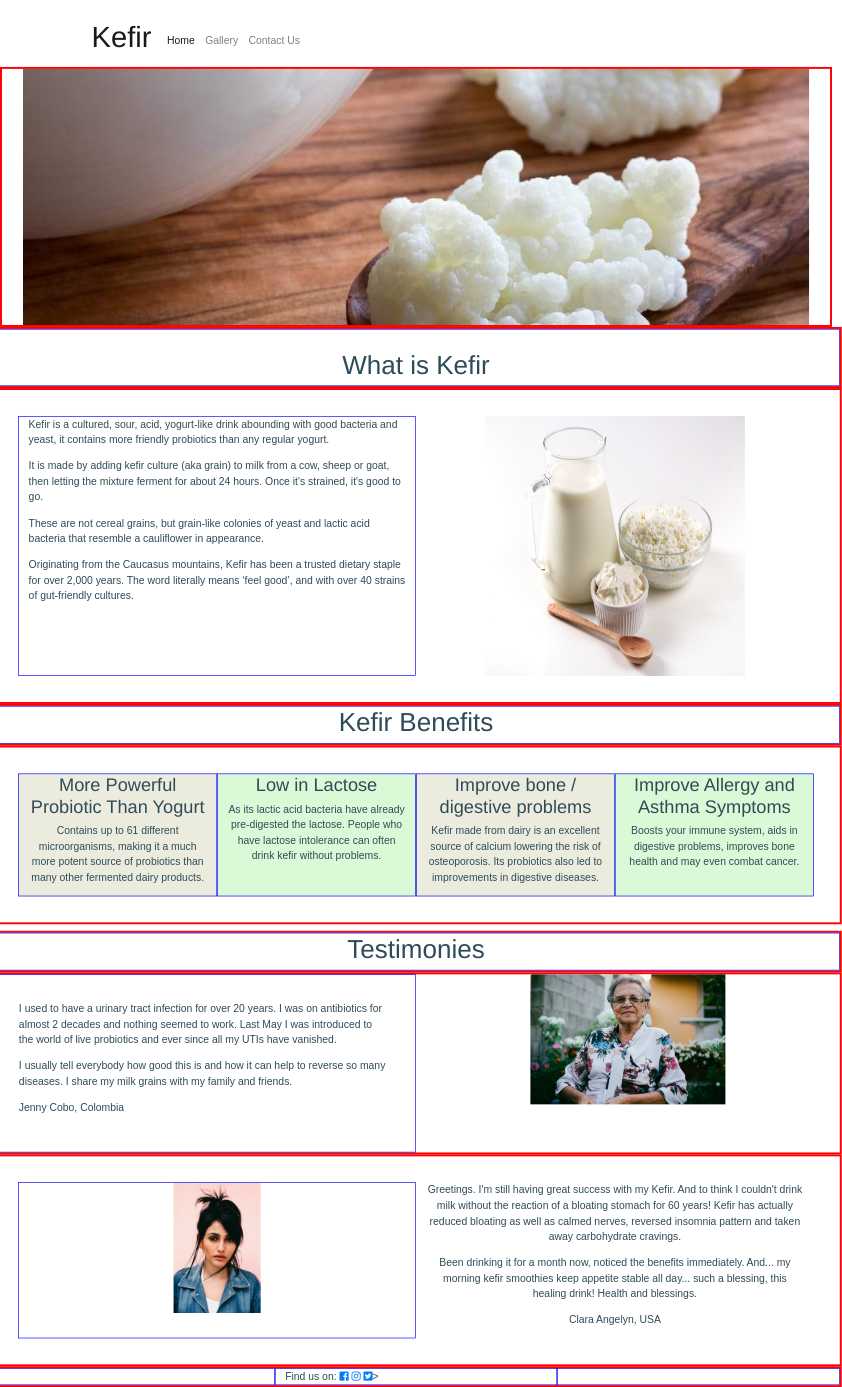
Repository: Code-Institute-Submissions/andna5980-kefir-repo_JuneResub
Page: index.html
These files come from the project's save history. The page is drawn as it stood at one moment and after the next save; the edit follows.
The browser window is 1280 px wide. The page is 1295 px wide, so the pictures cover 1295 px, including what lies to the right of the window. The pictures show the whole page, at 65% of full size.
Some web fonts or font styles are not loaded; a fallback is used. Some web libraries are served in a nearby version.

Above is the page before, as saved 2021-03-01 23:19:11.

### index.html
<!DOCTYPE html>
<html lang="en-US">

<head>
  <meta charset="UTF-8">
  <meta name="viewport" content="width=device-width, initial-scale=1.0">
  <meta name="author" content="Andres Navarrete">
  <meta name="description"
    content="Kefir, meet the power of nature. Bring the right knowledge and the best recipes from mother nature">
  <meta name="keywords" content="Kefir, recipes, natural-products, home-made, organic, healthy">
  <title>KEFIR | MEET THE POWER OF NATURE</title>
  <link rel="stylesheet" href="https://cdn.jsdelivr.net/npm/bootstrap@4.5.3/dist/css/bootstrap.min.css"
    integrity="sha384-TX8t27EcRE3e/ihU7zmQxVncDAy5uIKz4rEkgIXeMed4M0jlfIDPvg6uqKI2xXr2" crossorigin="anonymous">
  <link rel="stylesheet" href="https://use.fontawesome.com/releases/v5.6.3/css/all.css"
    integrity="sha384-UHRtZLI+pbxtHCWp1t77Bi1L4ZtiqrqD80Kn4Z8NTSRyMA2Fd33n5dQ8lWUE00s/" crossorigin="anonymous">
  <link href="./assets/styles/style.css" rel="stylesheet">
</head>

<body>
  <!--------------------Main-Header-------------------------------------->
  <header>
    <nav class="navbar navbar-expand-md navbar-light">
      <a class="navbar-brand" href="#">Kefir</a>
      <button class="navbar-toggler" type="button" data-toggle="collapse" data-target="#navbarNav"
        aria-controls="navbarNav" aria-expanded="false" aria-label="Toggle navigation">
        <span class="navbar-toggler-icon"></span>
      </button>
      <div class="collapse navbar-collapse" id="navbarNav">
        <ul class="navbar-nav">
          <li class="nav-item active">
            <a class="nav-link" href="#">Home <span class="sr-only">(current)</span></a>
          </li>
          <li class="nav-item">
            <a class="nav-link" href="#">Gallery</a>
          </li>
          <li class="nav-item">
            <a class="nav-link" href="#">Contact Us</a>
          </li>

        </ul>
      </div>
    </nav>
  </header>

  <!--------------------Hero-IMAGE--------------------- ----------------->

  <div class="test-red container-hero">
    <div class="hero-image col-12"></div>
  </div>


  <!--------------------What-is-kefir-------------------------------------->

  <section>
    <div class="test-red row">
      <div class="welcome-text test-blue col-12">
        <h1>What is Kefir</h1>
      </div>
    </div>

    <div class="kefir-description test-red row">
      <div class="test-blue col-12 col-sm-6 ">
        <p>Kefir is a cultured, sour, acid, yogurt-like drink abounding with good bacteria and yeast, it contains
          more friendly probiotics than any regular yogurt.</p>
        <p>It is made by adding kefir culture (aka grain) to milk from a cow, sheep or goat, then letting the
          mixture ferment for about 24 hours. Once it's strained, it's good to go.</p>
        <p>These are not cereal grains, but grain-like colonies of yeast and lactic acid bacteria that resemble a
          cauliflower in appearance.</p>
        <p>Originating from the Caucasus mountains, Kefir has been a trusted dietary staple for over 2,000 years.
          The word literally means ‘feel good’, and with over 40 strains of gut-friendly cultures.</p>
      </div>

      <div class="col-12 col-sm-6 ">
        <div class="kefir-description-image">
          <img src="./assets/images/milk-products-dairy.jpg" alt="diferent-kefir-derivates" height="400" width="400">
        </div>
      </div>
    </div>

  </section>


  <!--------------------Kefir-benefits-------------------------------------->

  <section class="benefits-title">
    <div class="test-red row ">
      <div class=" test-blue col-12">
        <h1>Kefir Benefits</h1>
      </div>
    </div>

    <div class="test-red row benefits-row">
      <div class="test-blue benefits-box1 col-12 col-sm-6 col-md-3">
        <h3>More Powerful Probiotic Than Yogurt</h3>
        <p>Contains up to 61 different microorganisms, making it a much
          more potent source of probiotics than many other fermented dairy products.
        </p>
      </div>
      <div class="test-blue benefits-box col-12 col-sm-6 col-md-3">
        <h3>Low in Lactose </h3>
        <p>As its lactic
          acid bacteria have already pre-digested the lactose. People who have lactose
          intolerance can often drink kefir without problems.
        </p>

      </div>
      <div class="test-blue benefits-box1 col-12 col-sm-6 col-md-3">
        <h3>Improve bone / digestive problems </h3>
        <p>Kefir made from dairy is an excellent source of calcium lowering the risk of osteoporosis. Its probiotics
          also led to improvements in digestive diseases.
        </p>
      </div>
      <div class="test-blue benefits-box col-12 col-sm-6 col-md-3">
        <h3>Improve Allergy and Asthma Symptoms</h3>
        <p>Boosts your immune system, aids in digestive problems, improves bone health and may even combat cancer.
        </p>
      </div>
    </div>
  </section>

  <!--------------------Testimonies-------------------------------------->

  <section>
    <div class="testimonies-title test-red row">
      <div class=" test-blue col-12">
        <h1>Testimonies</h1>
      </div>
    </div>

    <div class=" test-red row">
      <div class="test-blue testimony-box col-12 col-sm-6">
        <p>I used to have a urinary tract infection for over 20 years. I was on antibiotics for almost 2 decades and
          nothing seemed to work. Last May I was introduced to the world of live probiotics and ever since all my
          UTIs have vanished.</p>
        <p>I usually tell everybody how good this is and how it can help to reverse so many diseases. I share my
          milk grains with my family and friends.</p>
        <p>Jenny Cobo, Colombia</p>
      </div>

      <div class="col-12 col-sm-6 testimony-image">
        <img src="./assets/images/damir-bosnjak-VQ2L7t5qt_8-unsplash-min.jpg" alt="old-woman" height="200">
      </div>
    </div>

    <div class="test-red testimony-box row flex-column-reverse flex-sm-row testimony-image">
      <div class="test-blue col-12 col-sm-6 col.order-1.order-xs-2">
        <img src="./assets/images/matheus-ferrero-W7b3eDUb_2I-unsplash.jpg" alt="young-woman" height="200">
      </div>

      <div class="col-12 col-sm-6 ">
        <p>Greetings. I'm still having great success with my Kefir. And to think I couldn't drink milk without the
          reaction of a bloating stomach for 60 years! Kefir has actually reduced bloating as well as calmed
          nerves, reversed insomnia pattern and taken away carbohydrate cravings.</p>
        <p> Been drinking it for a month now, noticed the benefits immediately. And... my morning kefir smoothies
          keep appetite stable all day... such a blessing, this healing drink! Health and blessings.</p>
        <p>Clara Angelyn, USA</p>
      </div>


    </div>
  </section>

</body>

<footer>
  <div class="test-red row">
    <div class="test-blue col-4 "></div>
    <div class="test-blue col-4">
      <span>Find us on:</span>
      <a href="http://facebook.com" target="_blank"><i class="fab fa-facebook-square"></i></a>

      <a href="http://instagram.com" target="_blank"><i class="fab fa-instagram"></i></a>

      <a href="http://twitter.com" target="_blank"><i class="fab fa-twitter-square"></i></a>>
    </div>
    <div class="test-blue col-4"></div>
  </div>
</footer>
<!--
<nav class="navbar fixed-bottom navbar-light bg-light">
  <div class="container-fluid">
    <a class="navbar-brand" href="#">Fixed bottom</a>
  </div>
</nav> -->









<script src="https://code.jquery.com/jquery-3.2.1.slim.min.js"
  integrity="sha384-KJ3o2DKtIkvYIK3UENzmM7KCkRr/rE9/Qpg6aAZGJwFDMVNA/GpGFF93hXpG5KkN" crossorigin="anonymous"></script>
<script src="https://cdnjs.cloudflare.com/ajax/libs/popper.js/1.12.9/umd/popper.min.js"
  integrity="sha384-ApNbgh9B+Y1QKtv3Rn7W3mgPxhU9K/ScQsAP7hUibX39j7fakFPskvXusvfa0b4Q" crossorigin="anonymous"></script>
<script src="https://maxcdn.bootstrapcdn.com/bootstrap/4.0.0/js/bootstrap.min.js"
  integrity="sha384-JZR6Spejh4U02d8jOt6vLEHfe/JQGiRRSQQxSfFWpi1MquVdAyjUar5+76PVCmYl" crossorigin="anonymous"></script>

</html>

### assets/styles/style.css
@import url('https://fonts.googleapis.com/css2?family=Amatic+SC&family=Caveat+Brush&display=swap');

/*.container {
    margin: 15px;
}
*/

body {
    font-family: Arial, Helvetica, sans-serif;
    color: #2F4B58;
    max-width: 1500px;
}

h1, h2, h3 {
    font-family:  Caveat Brush, Helvetica, sans-serif;
    color: #2F4B58;
}


/*----------------------BORDER ROWS AND COLUMNS----------*/

.test-red {
    border: 3px solid red
}

.test-blue {
    border:1px solid blue
}


/*-----------------------Header ----------*/

.navbar-brand {
    float: left;
    color: #2F4B58;
    font-family:  Caveat Brush, Helvetica, sans-serif;
    font-size: 280%;
    margin-left: 10%;
    margin-top: 10px;
}

.navbar-nav {
    float: right;
}

.navbar-nav li a{
    margin-top: 20px;
    color: #2F4B58;
}


.navbar-toggler {
    border: 2px solid #2F4B58;
    color: #2F4B58;
}

/*
.navbar-toggler.icon{

}
*/





.menu a {
    text-decoration: none;
    color: #2F4B58;
}

.menu  {
list-style-type: none;
margin-right: 5%;
margin-top: 30px; /* CHAPUZA  */
word-spacing: 5px;
}

.menu ul {
    float:right;
    margin-left: 10px;
}

.menu li {
    list-style-type: none;
    display: inline-flex;
}


/*-----------------------Hero-image ----------*/

.container-hero {
    height: 400px;
    overflow: hidden;
}

.hero-image {
    height: 400px;
    width: 100%;
    background: url(../images/milk-kefir-grains-spoon_1024x1024.jpg) no-repeat center;
    animation-name: hero-zoom;
    animation-duration: 4s;
    animation-fill-mode: forwards;
}

/*------Animation of the Hero image-------*/

@keyframes hero-zoom {
    from{
        transform: scale(1);
    }
    to{
        transform: scale(1.2);
    }
}

/*-----------------------What-is-kefir-are----------*/

.welcome-text {
    text-align: center;
    margin: 25px, 0;
    padding-top: 30px;
}

.kefir-description{
    padding: 40px;
}

.kefir-description-image {
    /* background-size: 600px; */
    text-align: center;
}


/*-----------------------kefir-benefits-area----------*/

.benefits-title {
    text-align: center;
    margin: 30px, 0;

}

.benefits-row {
    padding: 40px;
    color: #2F4B58;

}

.benefits-box1 {
    background-color: #ECECDE;
}
.benefits-box {
    background-color: #DCF9D7;
}



/*-----------------------testimonies----------*/
.testimonies-title {
    text-align: center;
    margin: 25px, 0;
    margin-top: 10px;
}

.testimony-image{
    background-size: 600px;
    text-align: center;
}

.testimony-box{
    padding: 40px;
}

After the next save:
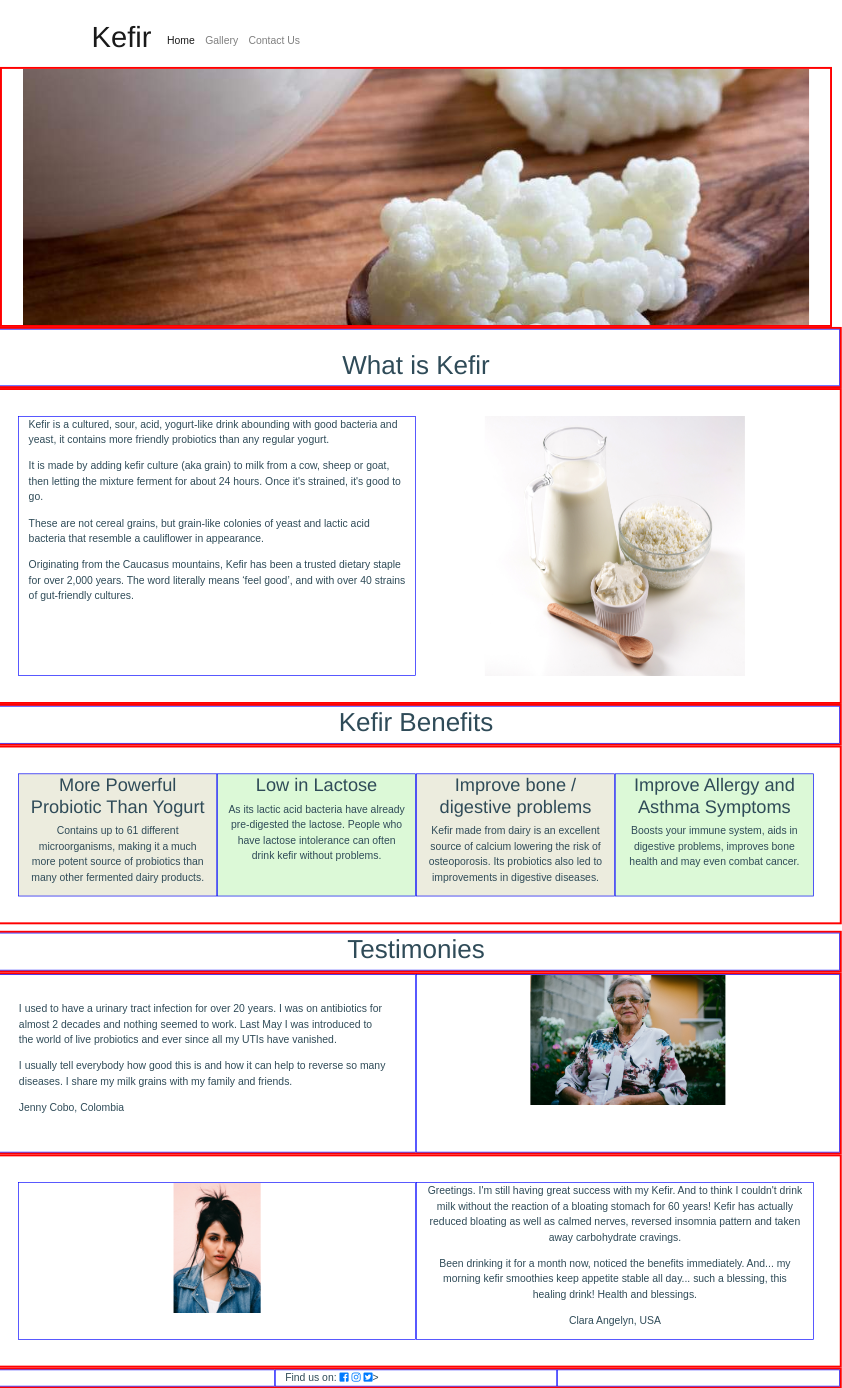
Saved 2 min 2 s later.
--- a/index.html
+++ b/index.html
@@ -137,7 +137,7 @@
         <p>Jenny Cobo, Colombia</p>
       </div>
 
-      <div class="col-12 col-sm-6 testimony-image">
+      <div class="test-blue col-12 col-sm-6 testimony-image">
         <img src="./assets/images/damir-bosnjak-VQ2L7t5qt_8-unsplash-min.jpg" alt="old-woman" height="200">
       </div>
     </div>
@@ -147,7 +147,7 @@
         <img src="./assets/images/matheus-ferrero-W7b3eDUb_2I-unsplash.jpg" alt="young-woman" height="200">
       </div>
 
-      <div class="col-12 col-sm-6 ">
+      <div class="test-blue col-12 col-sm-6 ">
         <p>Greetings. I'm still having great success with my Kefir. And to think I couldn't drink milk without the
           reaction of a bloating stomach for 60 years! Kefir has actually reduced bloating as well as calmed
           nerves, reversed insomnia pattern and taken away carbohydrate cravings.</p>
